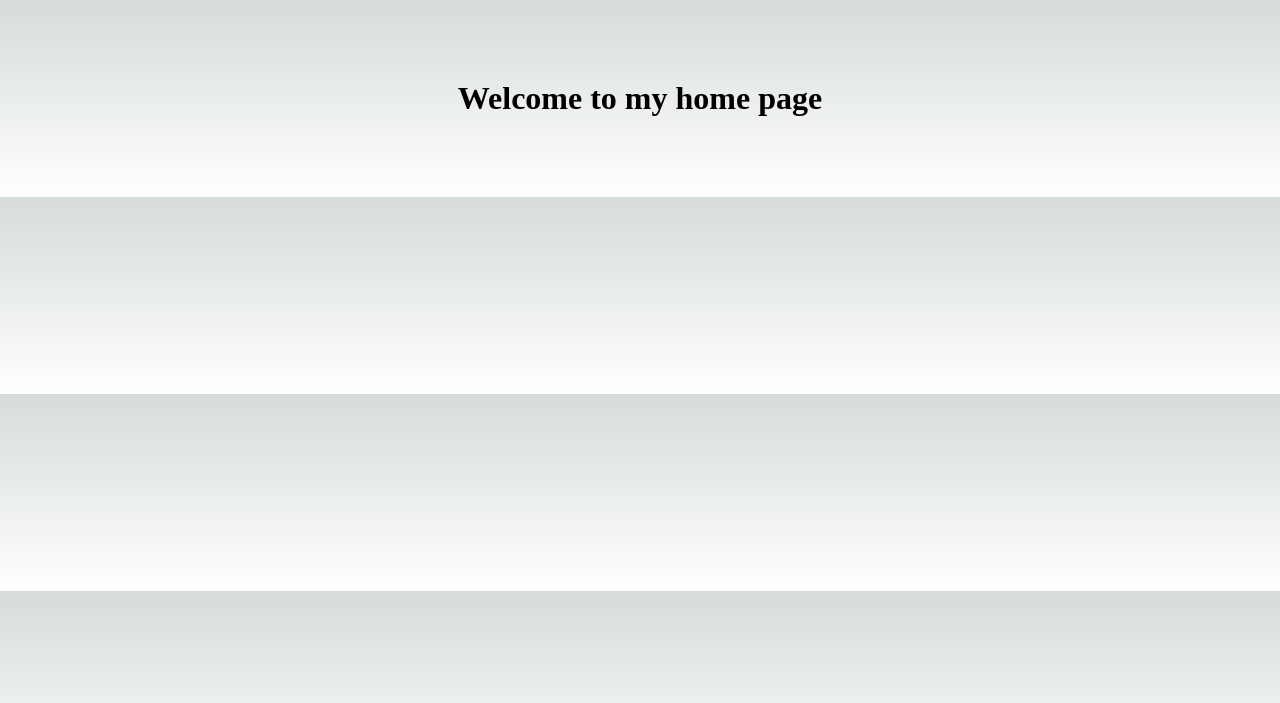
Repository: karthur1/playwright
Page: /
The author's editor kept a copy of each file at every save. The page is drawn from the files as they stood at one save, then again after the next save.
The browser window is 1280 px wide. The pictures show the whole page.
The project was rebuilt for these pictures with package versions that can differ from the ones it lists, and the page was loaded fresh each time. The framework's server and built-in components were replaced by stand-ins that run in the browser. Also part of the build but not shown: next.config.js.

Above is the page before, as saved 2023-01-23 11:00:59.

### pages/index.js
import Head from 'next/head'
import Image from 'next/image'
import { Inter } from '@next/font/google'
import styles from '@/styles/Home.module.css'

const inter = Inter({ subsets: ['latin'] })

export default function Home() {
  return (
    <>
      <Head>
        <title>Example #1</title>
        <meta name="description" content="Generated by create next app" />
        <meta name="viewport" content="width=device-width, initial-scale=1" />
        <link rel="icon" href="/favicon.ico" />
      </Head>
      <main className={styles.main}>
        <h1>Welcome to my home page</h1>
      </main>
    </>
  )
}

### styles/Home.module.css
.container {
  min-height: 100vh;
  padding: 0 0.5rem;
  display: flex;
  flex-direction: column;
  justify-content: center;
  align-items: center;
}

.main {
  padding: 5rem 0;
  flex: 1;
  display: flex;
  flex-direction: column;
  justify-content: center;
  align-items: center;
}

.footer {
  width: 100%;
  height: 100px;
  border-top: 1px solid #eaeaea;
  display: flex;
  justify-content: center;
  align-items: center;
}

.footer a {
  display: flex;
  justify-content: center;
  align-items: center;
  flex-grow: 1;
}

.title a {
  color: #0070f3;
  text-decoration: none;
}

.title a:hover,
.title a:focus,
.title a:active {
  text-decoration: underline;
}

.title {
  margin: 0;
  line-height: 1.15;
  font-size: 4rem;
}

.title,
.description {
  text-align: center;
}

.description {
  line-height: 1.5;
  font-size: 1.5rem;
}

.code {
  background: #fafafa;
  border-radius: 5px;
  padding: 0.75rem;
  font-size: 1.1rem;
  font-family: Menlo, Monaco, Lucida Console, Liberation Mono, DejaVu Sans Mono,
    Bitstream Vera Sans Mono, Courier New, monospace;
}

.grid {
  display: flex;
  align-items: center;
  justify-content: center;
  flex-wrap: wrap;
  max-width: 800px;
  margin-top: 3rem;
}

.grid__container {
  display: grid;
  grid-template-columns: auto auto auto;
  background-color: #2196F3;
  padding: 10px;
}
.grid__item {
  background-color: rgba(255, 255, 255, 0.8);
  border: 1px solid rgba(0, 0, 0, 0.8);
  padding: 20px;
  font-size: 30px;
  text-align: center;
}

.card {
  margin: 1rem;
  padding: 1.5rem;
  text-align: left;
  color: inherit;
  text-decoration: none;
  border: 1px solid #eaeaea;
  border-radius: 10px;
  transition: color 0.15s ease, border-color 0.15s ease;
  width: 45%;
}

.card:hover,
.card:focus,
.card:active {
  color: #0070f3;
  border-color: #0070f3;
}

.card h2 {
  margin: 0 0 1rem 0;
  font-size: 1.5rem;
}

.card p {
  margin: 0;
  font-size: 1.25rem;
  line-height: 1.5;
}

.logo {
  height: 1em;
  margin-left: 0.5rem;
}

@media (max-width: 600px) {
  .grid {
    width: 100%;
    flex-direction: column;
  }
}

Loaded but not shown: pages/_app.js (common file); pages/_document.js (common file); styles/globals.css (common file)

After the next save:
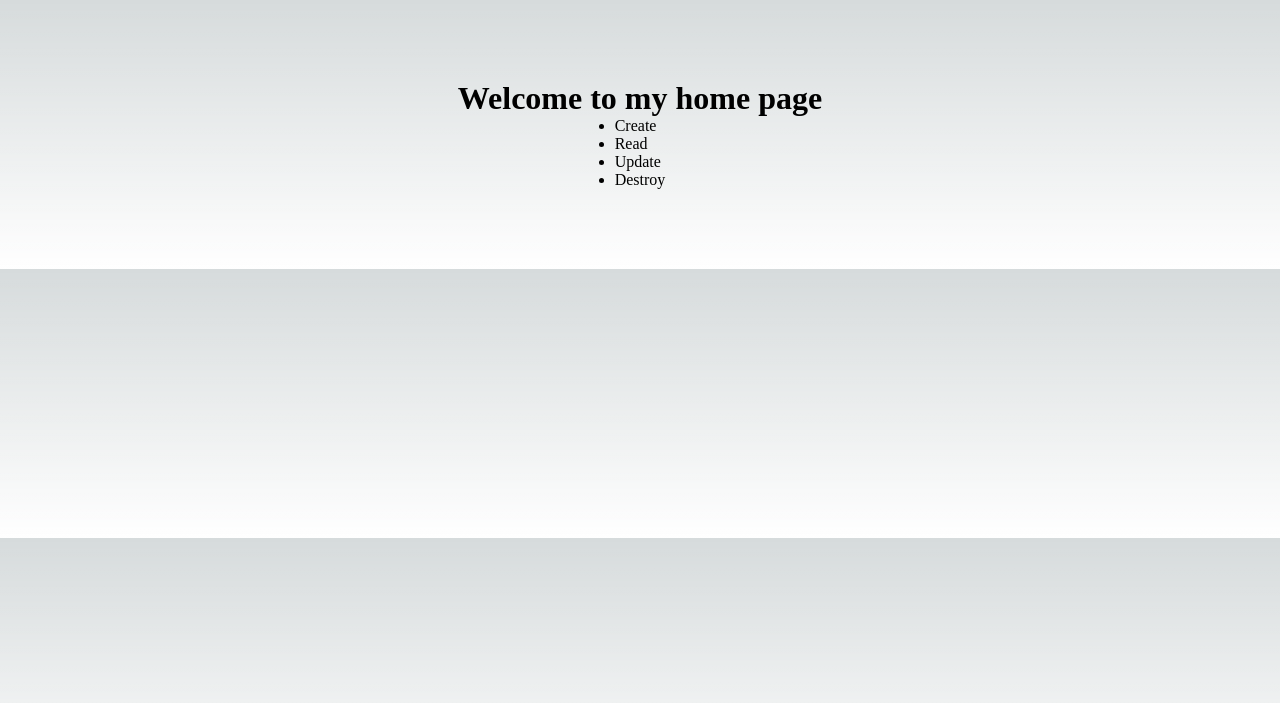
Saved 53 s later.
--- a/pages/index.js
+++ b/pages/index.js
@@ -16,6 +16,13 @@ export default function Home() {
       </Head>
       <main className={styles.main}>
         <h1>Welcome to my home page</h1>
+
+        <ul>
+          <li>Create</li>
+          <li>Read</li>
+          <li>Update</li>
+          <li>Destroy</li>
+        </ul>
       </main>
     </>
   )
